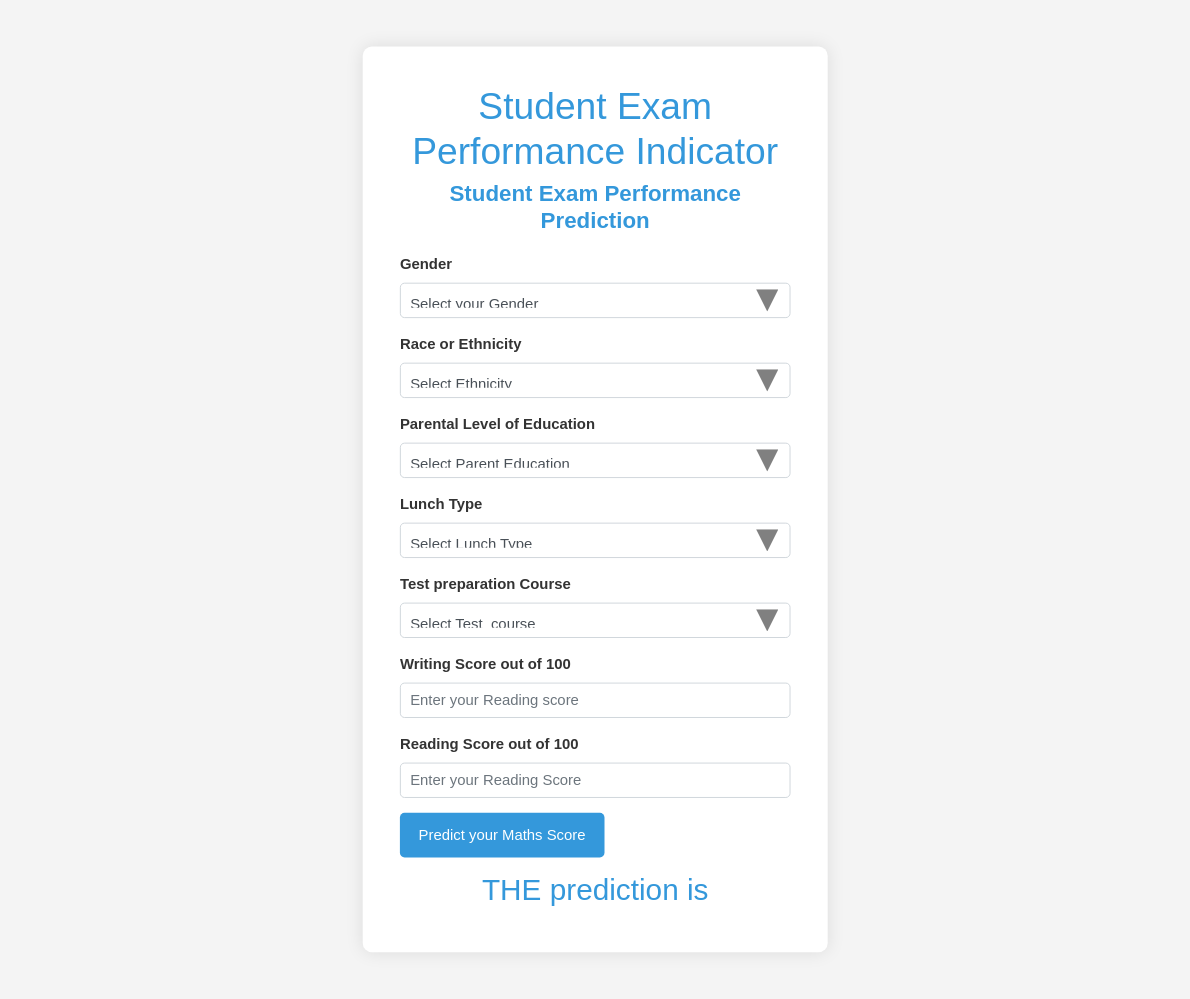
Repository: shaily29-eng/Performance-Indicator-ML
Page: http://localhost/predictdata
An editor plug-in stored every save of this project. The page is shown before and after the next save, followed by the edit.
The browser window is 1280 px wide. The pictures show the whole page, at 93% of full size.
The page is served by the project's application, run on Flask 3 (app.py). Other server files are loaded and not shown.

Above is the page before, as saved 2023-12-01 02:20:08.

### templates/home.html
<html>
    <head>
        <meta charset="UTF-8">
        <meta name="viewport" content="width=device-width, initial-scale=1.0">
        <title>Student Exam Performance Indicator</title>
        <link rel="stylesheet" href="https://stackpath.bootstrapcdn.com/bootstrap/4.5.2/css/bootstrap.min.css">
        <link rel="stylesheet" href="styles.css"> <!-- Link to your custom CSS file -->
    </head>
<body>
    <div class="login">
       <h1>Student Exam Performance Indicator</h1>

       <form action="{{ url_for('predict_datapoint')}}" method="post">
        <h1>
            <legend>Student Exam Performance Prediction</legend>
        </h1>
        <div class="mb-3">
            <label class="form-label">Gender</label>
            <select class="form-control" name="gender" placeholder="Enter you Gender" required>
                <option class="placeholder" selected disabled value="">Select your Gender</option>
                <option value="male">
                    Male
                </option>
                <option value="female">
                    Female
                </option>
            </select>
        </div>
        <div class="mb-3">
            <label class="form-label">Race or Ethnicity</label>
            <select class="form-control" name="ethnicity" placeholder="Enter you ethnicity" required>
                <option class="placeholder" selected disabled value="">Select Ethnicity</option>
                <option value="group A">
                    Group A
                </option>
                <option value="group B">
                    Group B
                </option>
                <option value="group C">
                    Group C
                </option>
                <option value="group D">
                    Group D
                </option>
                <option value="group E">
                    Group E
                </option>
            </select>
        </div>
        <div class="mb-3">
            <label class="form-label">Parental Level of Education</label>
            <select class="form-control" name="parental_level_of_education"
                placeholder="Enter you Parent Education" required>
                <option class="placeholder" selected disabled value="">Select Parent Education</option>
                <option value="associate's degree">
                    associate's degree
                </option>
                <option value="bachelor's degree">
                    bachelor's degree
                </option>
                <option value="high school">
                    high school
                </option>
                <option value="master's degree">
                    master's degree
                </option>
                <option value="some college">
                    some college
                </option>
                <option value="some high school">
                    some high school
                </option>
            </select>
        </div>
        <div class="mb-3">
            <label class="form-label">Lunch Type</label>
            <select class="form-control" name="lunch" placeholder="Enter you Lunch" required>
                <option class="placeholder" selected disabled value="">Select Lunch Type</option>
                <option value="free/reduced">
                    free/reduced
                </option>
                <option value="standard">
                    standard
                </option>
            </select>
        </div>
        <div class="mb-3">
            <label class="form-label">Test preparation Course</label>
            <select class="form-control" name="test_preparation_course" placeholder="Enter you Course"
                required>
                <option class="placeholder" selected disabled value="">Select Test_course</option>
                <option value="none">
                    None
                </option>
                <option value="completed">
                    Completed
                </option>
            </select>
        </div>
        <div class="mb-3">
            <label class="form-label">Writing Score out of 100</label>
            <input class="form-control" type="number" name="reading_score"
                placeholder="Enter your Reading score" min='0' max='100' />
        </div>
        <div class="mb-3">
            <label class="form-label">Reading Score out of 100</label>
            <input class="form-control" type="number" name="writing_score"
                placeholder="Enter your Reading Score" min='0' max='100' />
        </div>
        <div class="mb-3">
            <input class="btn btn-primary" type="submit" value="Predict your Maths Score" required />
        </div>
    </form>
    <h2>
       THE  prediction is {{results}}
    </h2>
   <body>
</html>

### app.py
from flask import Flask, request, render_template
import numpy as np
import pandas as pd

from sklearn.preprocessing import StandardScaler
from src.pipeline.predict_pipeline import CustomData, PredictPipeline

application = Flask(__name__)

app = application

## Route for a home page


@app.route("/")
def index():
    return render_template("index.html")


@app.route("/predictdata", methods=["GET", "POST"])
def predict_datapoint():
    if request.method == "GET":
        return render_template("home.html")
    else:
        data = CustomData(
            gender=request.form.get("gender"),
            race_ethnicity=request.form.get("ethnicity"),
            parental_level_of_education=request.form.get("parental_level_of_education"),
            lunch=request.form.get("lunch"),
            test_preparation_course=request.form.get("test_preparation_course"),
            reading_score=float(request.form.get("writing_score")),
            writing_score=float(request.form.get("reading_score")),
        )
        pred_df = data.get_data_as_data_frame()
        print(pred_df)

        predict_pipeline = PredictPipeline()
        results = predict_pipeline.predict(pred_df)
        return render_template("home.html", results=results[0])


if __name__ == "__main__":
    app.run(host="0.0.0.0", debug=True)

### templates/styles.css
/* styles.css */

body {
    background-color: #f4f4f4;
    font-family: 'Arial', sans-serif;
}

.login {
    max-width: 500px;
    margin: 50px auto;
    background-color: #ffffff;
    padding: 40px;
    border-radius: 10px;
    box-shadow: 0 0 20px rgba(0, 0, 0, 0.1);
}

.form-group {
    margin-bottom: 25px;
}

label {
    font-weight: bold;
    color: #333333;
}

.form-control {
    border: 1px solid #ced4da;
    border-radius: 5px;
    padding: 10px;
    width: 100%;
    box-sizing: border-box;
}

select.form-control {
    appearance: none;
    background-image: url('data:[embedded picture, 148 characters]');
    background-repeat: no-repeat;
    background-position-x: calc(100% - 12px);
    background-position-y: center;
}

.btn-primary {
    background-color: #3498db;
    border: none;
    color: #ffffff;
    padding: 12px 20px;
    font-size: 16px;
    border-radius: 5px;
    cursor: pointer;
    transition: background-color 0.3s ease;
}

.btn-primary:hover {
    background-color: #007bb5;
}

h1, h2 {
    text-align: center;
    color: #3498db;
}

legend {
    font-size: 24px;
    font-weight: bold;
    color: #3498db;
    margin-bottom: 20px;
}

/* Additional Styling for Prediction Result */
.result-container {
    margin-top: 30px;
    text-align: center;
}

.result-label {
    font-size: 18px;
    font-weight: bold;
    color: #2ecc71;
}

.result-value {
    font-size: 24px;
    color: #333;
    margin-top: 10px;
}

After the next save:
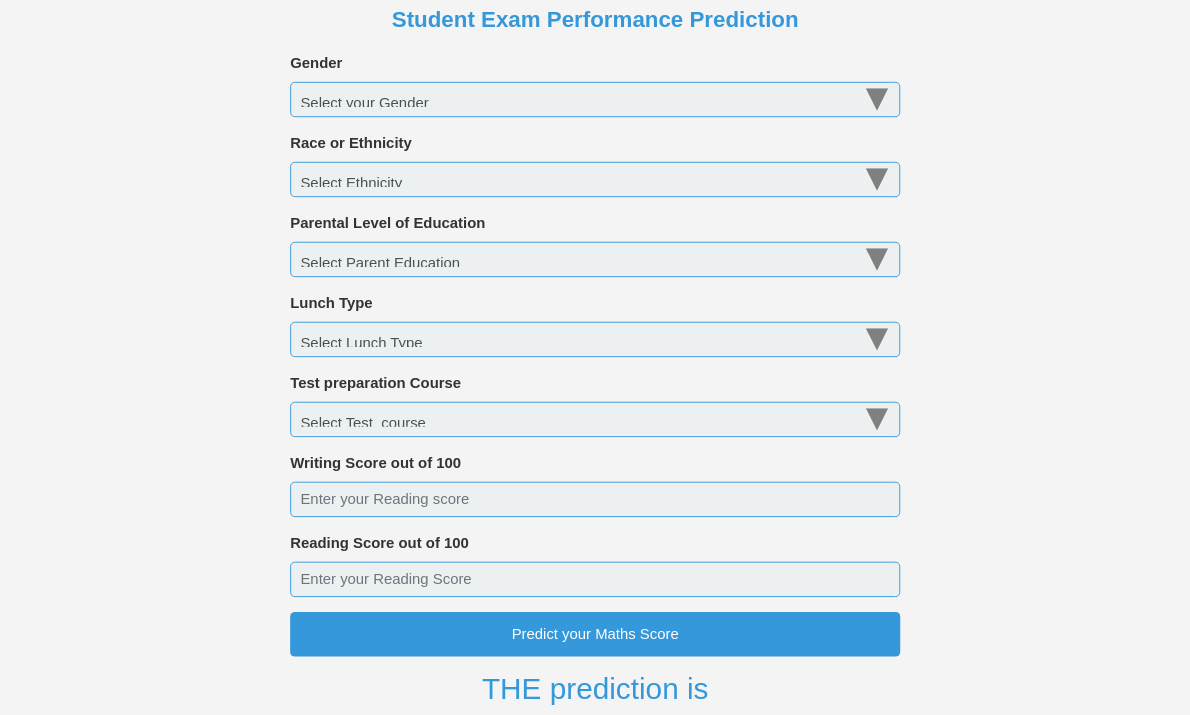
Saved 48 s later.
--- a/templates/styles.css
+++ b/templates/styles.css
@@ -3,11 +3,15 @@
 body {
     background-color: #f4f4f4;
     font-family: 'Arial', sans-serif;
+    display: flex;
+    align-items: center;
+    justify-content: center;
+    height: 100vh;
+    margin: 0;
 }
 
-.login {
+.form-container {
     max-width: 500px;
-    margin: 50px auto;
     background-color: #ffffff;
     padding: 40px;
     border-radius: 10px;
@@ -24,11 +28,12 @@ label {
 }
 
 .form-control {
-    border: 1px solid #ced4da;
+    border: 1px solid #3498db;
     border-radius: 5px;
     padding: 10px;
     width: 100%;
     box-sizing: border-box;
+    background-color: #ecf0f1;
 }
 
 select.form-control {
@@ -48,6 +53,7 @@ select.form-control {
     border-radius: 5px;
     cursor: pointer;
     transition: background-color 0.3s ease;
+    width: 100%;
 }
 
 .btn-primary:hover {
